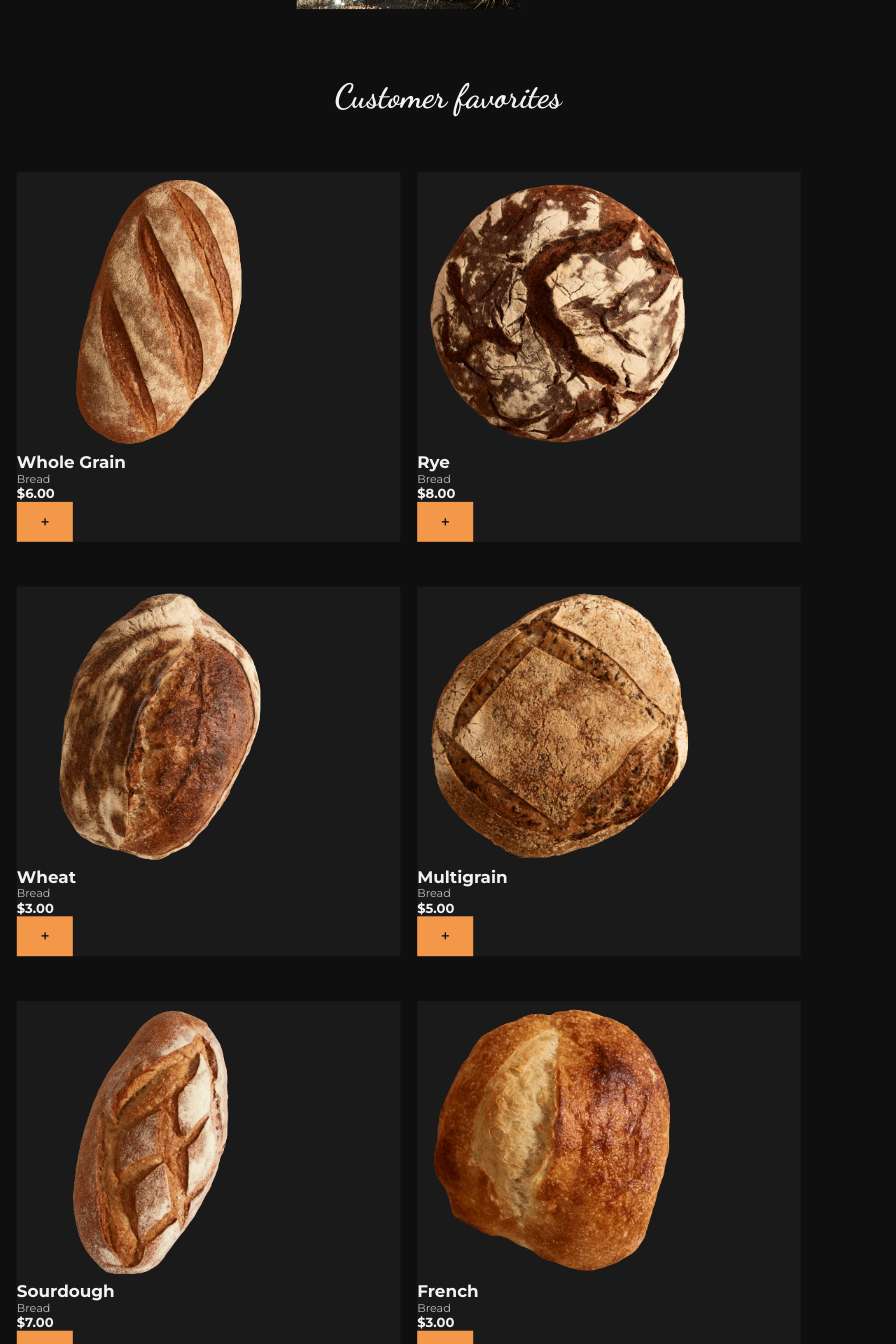
Repository: dinhhaidh/Bakery-web
Page: index.html
The author's editor kept a copy of each file at every save. The page is drawn from the files as they stood at one save, then again after a run of saves.
The browser window is 1280 px wide. The pictures show the part of the page from y = 2590 to 4510 px (the page is 4660 px tall), at 70% of full size.
Some web libraries are served in a nearby version.

Above is the page before, as saved 2024-01-16 15:11:48.

After the next 2 saves:
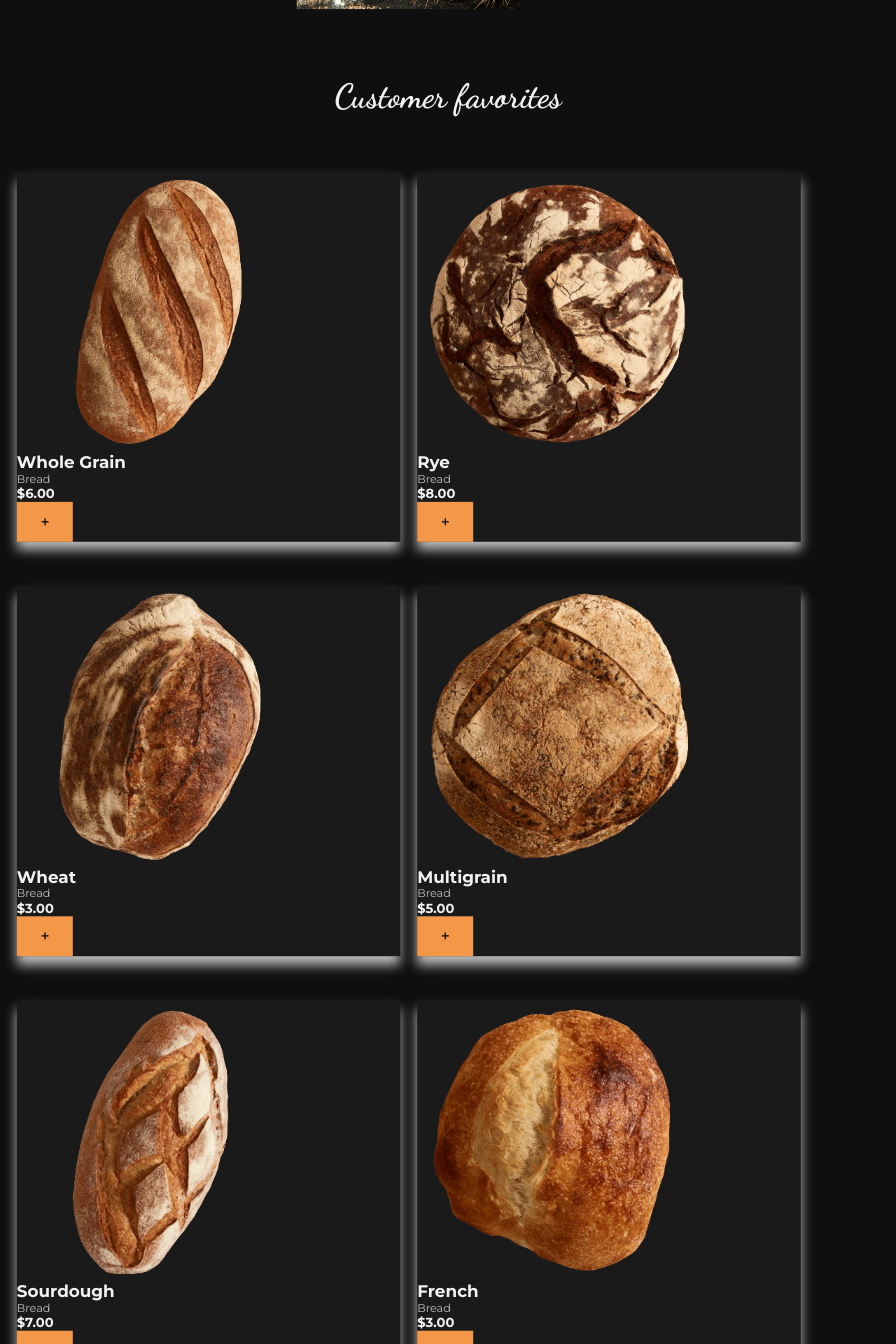
The 2 saves are shown as one change because they came seconds apart.
The last was saved 13 s later.
--- a/css/style.css
+++ b/css/style.css
@@ -393,7 +393,7 @@ img {
 .article__card{
 position: relative;
 background-color: var(--container-color);
-box-shadow: ;
+box-shadow: 0 12px 1rem;
 }
 .favorite__img{
 
